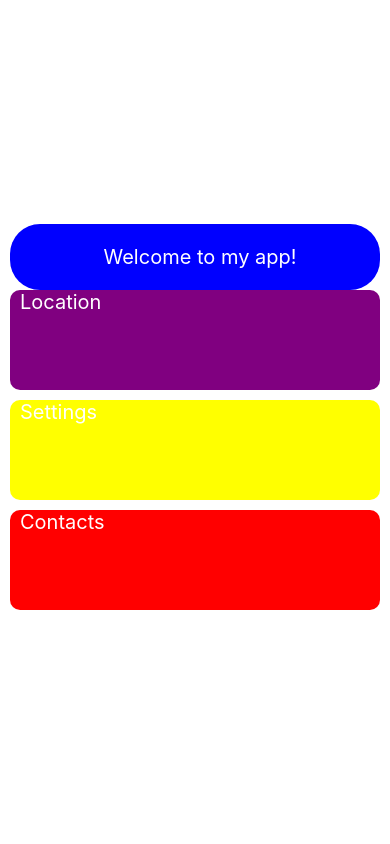
Repository: amirjavadikia/mobile-projectg
Screen: /
The author's editor kept a copy of each file at every save. The screen is drawn from the files as they stood at one save, then again after a run of saves.
The app was drawn by React Native's web renderer in a window 390 px wide. The project was rebuilt for these pictures with package versions that can differ from the ones it lists, and the page was loaded fresh each time.

Above is the screen before, as saved 2024-04-24 20:51:01.

### App.tsx
import React from 'react';
import { View, Text, StyleSheet } from 'react-native';

const MainPage = () => {
  return (
    <View style={styles.container}>

      <View style={[styles.blueBackground]}>
        <Text style={styles.text}>Welcome to my app!</Text>
      </View>


      <View style={[styles.box, styles.purpleBackground]}>
        <Text style={styles.text}>Location</Text>
      </View>


      <View style={[styles.box, styles.yellowBackground]}>
        <Text style={styles.text}>Settings</Text>
      </View>


      <View style={[styles.box, styles.redBackground]}>
        <Text style={styles.text}>Contacts</Text>
      </View>

    </View>
  );
};

const styles = StyleSheet.create({
  container: {
    flex: 1,
    justifyContent: 'center',
    alignItems: 'center',
    margin: 10
  },
  box: {
    width: '100%',
    height: 100,
    borderRadius: 10,
    marginBottom: 10
  },
  blueBackground: {
    backgroundColor: 'blue',
    borderRadius: 30,
    width: '100%',
    height: '8%',
    justifyContent: 'center',
    alignItems: 'center',
    margin: 0
  },
  purpleBackground: {
    backgroundColor: 'purple',
  },
  yellowBackground: {
    backgroundColor: 'yellow',
  },
  redBackground: {
    backgroundColor: 'red',
  },
  text: {
    color: 'white',
    fontSize: 20,
    marginLeft: 10,
  },
});

export default MainPage;

After the next 8 saves:
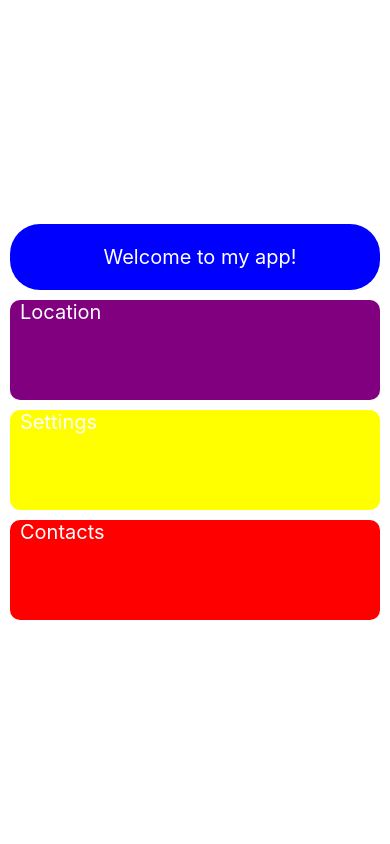
The 8 saves are shown as one change because 2 did not build or start and some came seconds apart.
The last was saved 54 s later.
--- a/App.tsx
+++ b/App.tsx
@@ -48,7 +48,7 @@ const styles = StyleSheet.create({
     height: '8%',
     justifyContent: 'center',
     alignItems: 'center',
-    margin: 0
+    margin: 10
   },
   purpleBackground: {
     backgroundColor: 'purple',
